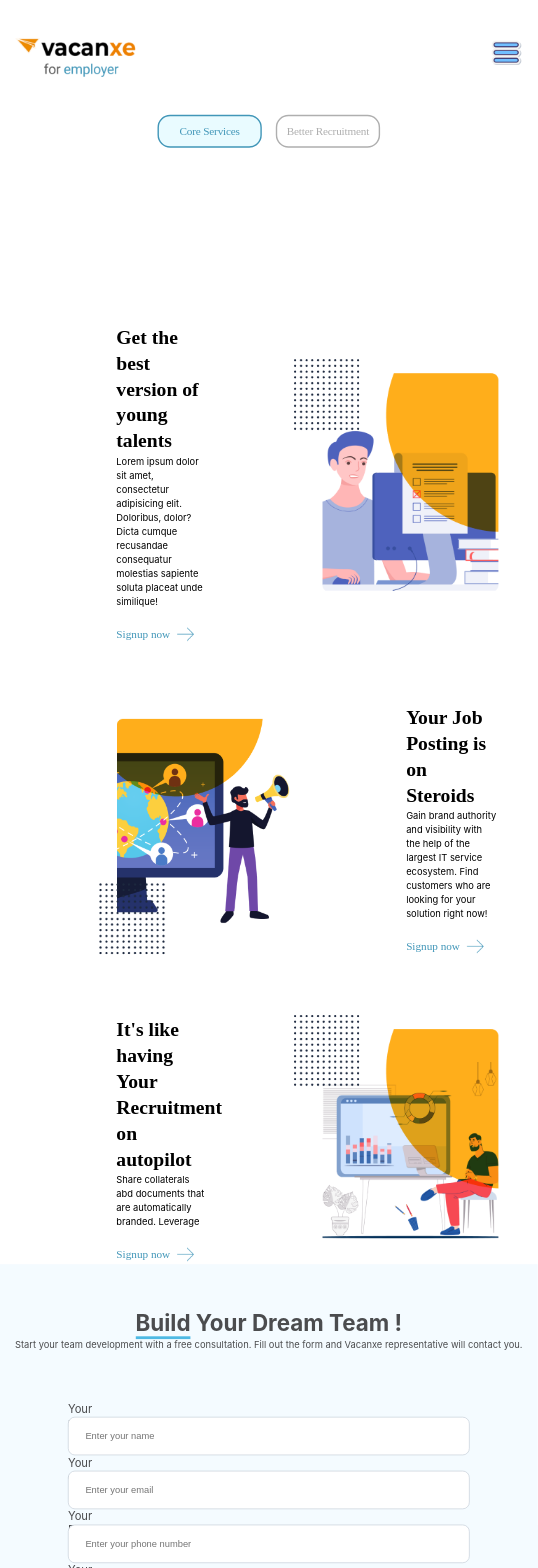
Repository: uh-sman/Vacanxe
Page: /
These files come from the project's save history. The page is drawn as it stood at one moment and after the next save; the edit follows.
The browser window is 768 px wide. The pictures show the part of the page from y = 0 to 2240 px (the page is 4066 px tall before and 5506 px after), at 70% of full size.
The project was rebuilt for these pictures with package versions that can differ from the ones it lists, and the page was loaded fresh each time.

Above is the page before, as saved 2022-12-03 19:23:16.

### src/App.js
import logo from "./logo.svg";
import "./App.css";
import Head from "./components/Head";

function App() {
  return (
    <div className="App">
      <Head />
    </div>
  );
}

export default App;

### src/App.css
* {
  margin: 0;
  padding: 0;
  box-sizing: border-box;
  list-style: none;
  text-decoration: none;
}
/* @keyframes App-logo-spin {
  from {
    transform: rotate(0deg);
  }
  to {
    transform: rotate(360deg);
  }
} */

### src/components/Head.js
import React from "react";
import { Body } from "./Body";
import { Footer } from "./Footer";
import { Navbar } from "./Navbar";
import { Team } from "./Team";

const Head = () => {
  return (
    <div>
      <Navbar />
      <Body />
      <Team />
      <Footer />
    </div>
  );
};

export default Head;

### src/components/Body.jsx
import React from "react";
import "./version.css";
import { Services } from "./Services";
import { Versions } from "./Versions";
export const Body = () => {
  return (
    <div>
      <Services />
      <div className="flex">
        <Versions />
      </div>
    </div>
  );
};

### src/components/Footer.jsx
import React from "react";
import logo from "../assets/logo 1.png";
import "./footer.css";
export const Footer = () => {
  return (
    <div>
      <div className="footer-section">
        <div className="image-logo">
          <img src={logo} />
        </div>
        <div className="footer-texts">
          <div className="div">
            <p className="text">
              Your ultimate email solution to grow business and engaging with
              future customers and clients.
            </p>
            <button className="button">Ask Question</button>
          </div>
          <div className="div">
            <ul>
              <h4>Community</h4>
              <li>For Talents</li>
              <li>For Companies</li>
              <li>Facebook Group</li>
              <li>FAQ</li>
            </ul>
          </div>
          <div className="div">
            <ul>
              <h4>About us</h4>
              <li>Meet the Team</li>
              <li>Our Story</li>
              <li>Career</li>
            </ul>
          </div>
          <div className="div">
            <ul>
              <h4>Contacts</h4>
              <p>
                Feel free to get in touch with us via phone or send us a message
              </p>
            </ul>
          </div>
        </div>
        <div className="div">
          <ul>
            <li className="copyright">
              &copy;Vacanxe 2022, All Rights Reserved
            </li>
            <li></li>
          </ul>
        </div>
      </div>
    </div>
  );
};

### src/components/Navbar.jsx
import React from "react";
import logo from "../assets/logo 1.png";
import { data } from "./data";
import { signin } from "./data";
import "./navbar.css";
import { SideNav } from "./SideNav";
export const Navbar = () => {
  return (
    <div>
      <nav>
        <div className="navbar-container">
          <div>
            <img src={logo} />
          </div>
          <div className="navbar-nav">
            <div className="nav-list">
              {data.map(({ id, title }) => {
                return (
                  <ul key={id}>
                    <li>{title}</li>
                  </ul>
                );
              })}
            </div>
            <div className="link">
              {signin.map(({ id, title }) => {
                return (
                  <a href="" key={id}>
                    {title}
                  </a>
                );
              })}
            </div>
          </div>
          <SideNav />
        </div>
        <div></div>
      </nav>
    </div>
  );
};

### src/components/Team.jsx
import React from "react";
import { ContactInfo } from "./ContactInfo";
import { Form } from "./Form";
import "./team.css";
export const Team = () => {
  return (
    <div>
      <div className="team-container">
        <div className="team">
          <div className="build">
            <div className="team-header">
              <h1>
                <span className="custom"> Build</span> Your Dream Team !
              </h1>
              <small className="small">
                Start your team development with a free consultation. Fill out
                the form and Vacanxe representative will contact you.
              </small>
            </div>
            <div className="flexed">
              {" "}
              <div>
                <Form />
              </div>
              <div>
                <ContactInfo />
              </div>
            </div>
          </div>
        </div>
      </div>
    </div>
  );
};
// ;

### src/components/version.css
.version-link {
  font-family: Poppins;
  font-size: 16px;
  font-weight: 500;
  line-height: 28px;
  letter-spacing: 0em;
  color: #4196b8;
  text-align: center;
}
.versions-container {
  margin-top: 80px;
}
.versions-section1 {
  /* display: grid; */
  /* place-items: center; */
  display: flex;
  gap: 162.58px;
  justify-content: center;
  align-items: center;
  margin-bottom: 80px;
  /* padding: 86px 50px; */

  /* grid-template-columns: 1fr 1fr; */
}
.versions-section2 {
  /* display: grid; */
  /* place-items: center; */
  display: flex;
  gap: 162.58px;
  justify-content: center;
  align-items: center;
  margin: auto;
  /* padding: 86px 50px; */

  /* grid-template-columns: 1fr 1fr; */
}
.versions-section1 {
  /* display: grid; */
  /* place-items: center; */
  display: flex;
  gap: 162.58px;
  justify-content: center;
  align-items: center;
  margin: auto;
  padding-top: 86px;
  padding-left: 110px;

  /* grid-template-columns: 1fr 1fr; */
}
.text-section {
  width: 20%;
}
.h2 {
  font-family: Poppins;
  font-size: 28px;
  font-weight: 700;
  line-height: 37px;
  letter-spacing: 0em;
  /* text-align: left; */
  /* width: 379px;
  height: 74px; */

  /* font-family: "Poppins";
  font-style: normal;
  font-weight: 700;
  font-size: 28px;
  line-height: 37px; */
}
.man {
  height: 313.4984436035156px;
  width: 251.41943359375px;
  /* left: 872.580078125px;
top: 830.1708984375px;
border-radius: [object Object]px; */
}
.flex {
  display: flex;
  gap: 36px;
}
/* .versions-container {
  display: flex;
  flex-direction: column;
  justify-content: center;
  align-items: center;
  margin: auto;
} */
.dotted {
  position: absolute;
  margin-top: -20px;
  margin-left: -40px;
}
.dotted-2 {
  position: absolute;
  margin-top: 235px;
  margin-left: -24px;
}
.arrow {
  margin-top: 24px;
  display: flex;
  align-items: center;
  gap: 10px;
}

### src/components/Services.jsx
import React from "react";
import "./services.css";
export const Services = () => {
  return (
    <div>
      <div>
        <ul className="services-button-section">
          <a className="btn-core">Core Services</a>
          <a className="btn-better">Better Recruitment</a>
        </ul>
      </div>
    </div>
  );
};

### src/components/Versions.jsx
import React from "react";
import "./version.css";
import man from "../assets/computer.png";
import img from "../assets/Group 1.png";
import img2 from "../assets/Group_4.png";
import arrow from "../assets/Group.png";
import dotted from "../assets/Dot Pattern 1.png";
export const Versions = () => {
  return (
    <div>
      <div className="versions-container">
        <div className="versions-section1">
          <div className="text-section">
            <h2 className="h2">Get the best version of young talents</h2>
            <small>
              Lorem ipsum dolor sit amet, consectetur adipisicing elit.
              Doloribus, dolor? Dicta cumque recusandae consequatur molestias
              sapiente soluta placeat unde similique!
            </small>
            <div className="arrow">
              <a className="version-link">Signup now </a>
              <img src={arrow} />
            </div>
          </div>
          <div>
            <img src={dotted} className="dotted" />
            <img src={man} className="man" />
          </div>
        </div>
        <div className="versions-section1">
          <div>
            <img src={dotted} className="dotted-2" />
            <img src={img} className="man" />
          </div>
          <div className="text-section">
            <h2 className="h2">Your Job Posting is on Steroids</h2>
            <small>
              Gain brand authority and visibility with the help of the largest
              IT service ecosystem. Find customers who are looking for your
              solution right now!
            </small>
            <div className="arrow">
              <a className="version-link">Signup now </a>
              <img src={arrow} />
            </div>
          </div>
        </div>
        <div className="versions-section1">
          <div className="text-section">
            <h2 className="h2">
              It's like having Your Recruitment on autopilot
            </h2>
            <small>
              Share collaterals abd documents that are automatically branded.
              Leverage
            </small>
            <div className="arrow">
              <a className="version-link">Signup now </a>
              <img src={arrow} />
            </div>
          </div>
          <div>
            <img src={dotted} className="dotted" />
            <img src={img2} className="man" />
          </div>
        </div>
      </div>
    </div>
  );
};

### src/components/footer.css
.footer-section {
  background: #1d293f;
  /* height: 533px; */
  /* width: 1600px; */
  /* left: 127px; */
  /* top: 0px;
  border-radius: 0px; */
}

.image-logo {
  position: absolute;
  /* top: 0; */
  margin-top: -120px;
  /* left: -2px; */
  /* display: flex;
  align-items: center;
  justify-content: center; */
  background-color: white;
  padding-top: 140px;
  padding-left: 30px;
  /* width: 25%; */
  /* height: 40%; */
  /* padding: 10px; */
  height: 255px;
  width: 255px;
  left: -30px;
  /* top: -105px; */
  border-radius: 0px;

  border-radius: 50%;
}
.button {
  border: none;
  margin-top: 28px;
  color: white;
  background: #00b6ff;
  padding: 10px 30px;
  border-radius: 10px;
}
.ultimate-email {
  color: white;
  position: absolute;
  margin-top: 180px;
  padding-left: 245px;
  /* height: 84px;
  left: 21.54%;
  right: 63.06%;
  top: calc(50% - 84px / 2 - 108.5px); */
}
.footer-texts {
  color: #ffff;
  display: grid;
  padding-top: 80px;
  padding-left: 50px;
  /* margin-left: 120px; */
  margin: 0px 80px;
  place-items: center;
  /* margin-right: 40px; */
  margin-top: 180px;
  grid-template-columns: 1fr 1fr 1fr 1fr;
  padding-bottom: 124px;
  border-bottom: 1px solid #8c97ac;
}
.footer-texts h4 {
  color: #8c97ac;
  margin-bottom: 16px;
}
/* .ultimate-email p {
  width: 40%;
} */
.text {
  margin-top: 100px;
  color: #8c97ac;
}
.copyright {
  color: #8c97ac;
  padding: 10px 90px;
}
@media only screen and (min-width: 650px) and (max-width: 1200px) {
  .footer-texts {
    padding-top: 150px;
    grid-template-columns: 1fr 1fr;
    text-align: center;
  }
  .text {
    margin-top: 0px;
  }
  .div {
    margin-bottom: 40px;
  }
}
@media only screen and (max-width: 650px) {
  .footer-texts {
    padding-left: 0px;
    padding-top: 180px;
    grid-template-columns: 1fr;
    text-align: center;
  }
  .text {
    margin-top: 0px;
  }
  .div {
    margin-bottom: 40px;
  }
}

### src/components/data.js
export const data = [
  {
    id: 1,
    title: "Post jobs",
  },
  {
    id: 2,
    title: "Programs",
  },
  {
    id: 3,
    title: "Services",
  },
  {
    id: 4,
    title: "Pricing",
  },
];

export const signin = [
  {
    id: 1,
    title: "SignIn",
  },
  {
    id: 2,
    title: "SignOut",
  },
];

### src/components/navbar.css
.navbar-container {
  display: flex;
  justify-content: space-between;
  margin: 50px 20px;
}
.nav-list {
  display: flex;
  gap: 30px;
}
.navbar-nav {
  display: flex;
  gap: 30px;
}
.nav-list ul li {
  height: 43px;
  width: 83px;
  left: 770px;
  top: 36px;
  /* border-radius: nullpx; */
}
.link {
  /* margin-right: 80px; */
  display: flex;
  gap: 10px;
}
.link a {
  color: #4196b8;
  height: 31px;
  width: 111px;
  left: 1221px;
  top: 47px;
  /* border-radius: nullpx; */
}
.burger-img {
  width: 50px;
}
@media only screen and (max-width: 1200px) {
  .navbar-nav {
    display: none;
  }
  .sidebar-container {
    /* display: inline-block; */
    /* margin: 0 0.5rem; */
    /* animation: slideInRight 2s; */
    /* animation-duration: 2s; */
    border-top-left-radius: 10px;
    border-bottom-left-radius: 10px;
    height: 100%;
    width: 60%;
    top: 0px;
    right: 0px;
    background-color: #222222;
    position: fixed;
  }
}

### src/components/SideNav.jsx
import React, { useState } from "react";
import "./navbar.css";
import burger from "../assets/burger-menu.png";
import { data } from "./data";
export const SideNav = () => {
  const [open, setOpen] = useState(false);
  return (
    <div>
      {open ? (
        data.map(({ title, id }) => {
          return (
            <div key={id} className="sidebar-container">
              <ul>
                {/* <h1></h1> */}
                <li>{title}</li>
              </ul>
            </div>
          );
        })
      ) : (
        <img
          src={burger}
          className="burger-img"
          onClick={(e) => setOpen(!open)}
        />
      )}
    </div>
  );
};

### src/components/ContactInfo.jsx
import React from "react";
import "./contact.css";
import location from "../assets/Location.png";
import message from "../assets/Message.png";
import twitter from "../assets/twitter.png";
import facebook from "../assets/facebook.png";
import instagram from "../assets/instagram.png";
import linkedin from "../assets/linkedin.png";
import stroke from "../assets/Stroke 5.png";
export const ContactInfo = () => {
  return (
    <div>
      <div className="contact-container">
        <h1 className="header-text">Contact info:</h1>
        <div className="contact-section">
          <div>
            <p className="contact">
              <img src={location} /> 4157 Washington Ave. Manchester, Kentucky
              39495
            </p>
          </div>
          <div>
            <ul className="contact-list">
              <div>
                <img src={stroke} />
              </div>
              <div>
                <li>(505) 555-0119</li>
                <li>(505) 555-0120</li>
                <li>(505) 555-0125</li>
              </div>
            </ul>
          </div>
          <div>
            <p className="contact">
              <img src={message} /> Consult@Vacanxe.com
            </p>
          </div>
          <div>
            <h2>Follow us:</h2>
            <div className="socials">
              <img src={facebook} />
              <img src={twitter} />
              <img src={linkedin} />
              <img src={instagram} />
            </div>
          </div>
        </div>
      </div>
    </div>
  );
};

### src/components/Form.jsx
import React from "react";
import { ContactInfo } from "./ContactInfo";
import "./form.css";
export const Form = () => {
  return (
    <div>
      <div className="team-section">
        <div>
          <form className="form-container">
            <div className="form">
              <label>Your name</label>
              <input className="input-field" placeholder="Enter your name" />
            </div>
            <div className="form">
              <label>Your email</label>
              <input className="input-field" placeholder="Enter your email" />
            </div>
            <div className="form">
              <label>Your Phone Number</label>
              <input
                className="input-field"
                placeholder="Enter your phone number"
              />
            </div>
            <div className="form">
              <label>Your Company Name</label>
              <input
                className="input-field"
                placeholder="Enter your Company Name"
              />
            </div>
            <div className="form">
              <label>Message</label>
              <input className="message" placeholder="Type here..." />
            </div>
            <button className="form-button">Consult with us</button>
          </form>
        </div>
      </div>
    </div>
  );
};

### src/components/team.css
.team-container {
  background: #f4fbff;
  /* height: 1101px; */
  /* width: 1539px; */
  /* left: -14px;
top: 2142px; */
  border-radius: 0px;
}
.custom {
  border-bottom: 4px solid #4eb9e3;
}
.build {
  color: #4b4c4e;
}
.flexed {
  margin: 73px 0px;
  display: flex;
  gap: 98px;
}
.team {
  display: flex;
  justify-content: center;
  padding: 64px 0px;
}
/* .small {
  padding-bottom: 73px;
} */
@media only screen and (max-width: 950px) {
  .flexed {
    flex-direction: column;
  }
  .team-header {
    text-align: center;
  }
}

### src/components/services.css
.services-button-section {
  display: flex;
  gap: 20px;
  justify-content: center;
  margin-bottom: 86px;
}
.btn-core {
  font-family: Poppins;
  font-size: 16px;
  font-weight: 500;
  line-height: 24px;
  letter-spacing: -0.015em;
  text-align: center;
  border: 2px solid #4196b8;
  height: 47px;
  width: 149px;
  display: flex;
  align-items: center;
  justify-content: center;
  border-radius: 18px;
  background-color: #e9fbff;
  color: #4196b8;
}
.btn-better {
  font-family: Poppins;
  font-size: 16px;
  font-weight: 500;
  line-height: 24px;
  letter-spacing: -0.015em;
  text-align: center;
  border: 2px solid #afafaf;
  height: 47px;
  width: 149px;
  display: flex;
  align-items: center;
  justify-content: center;
  border-radius: 18px;
  background-color: #ededed 10%;
  color: #afafaf;
}

### src/components/contact.css
.header-text {
  /* height: 28px;
  width: 132px;
  left: 931px;
  top: 2435px;
  border-radius: nullpx; */
}
.contact {
  display: flex;
  align-items: center;
  gap: 20px;
}
.contact-section {
  display: flex;
  flex-direction: column;
  gap: 40px;
  margin: 30px 0px;
}
.contact-list {
  display: flex;
  gap: 20px;
}
.socials {
  margin-top: 16px;
  display: flex;
  gap: 10px;
}
@media only screen and (max-width: 750px) {
  .contact-container {
    padding: 0px 30px;
  }
}

### src/components/form.css
.form {
  display: flex;
  flex-direction: column;
}
.form label {
  height: 22px;
  width: 78px;
  left: 263px;
  top: 2409px;
  border-radius: nullpx;
}
.input-field {
  padding: 0px 24px;
  height: 55px;
  width: 574px;
  left: 259px;
  top: 2536px;
  border-radius: 10px;
  border: 1px solid #c8d0da;
  outline: transparent;
}
.message {
  padding: 0px 24px;
  height: 203px;
  width: 574px;
  left: 259px;
  /* top: 2839px; */
  border: 1px solid #c8d0da;
  border-radius: 10px;
  outline: transparent;
}
.form-button {
  font-family: Rubik;
  font-size: 14px;
  font-weight: 700;
  line-height: 16px;
  /* letter-spacing: 0em; */
  /* text-align: left; */

  margin-top: 19px;
  border: none;
  color: white;
  background-color: #4eb9e3;
  height: 40px;
  width: 215px;
  left: 257px;
  top: 3061px;
  border-radius: 8px;
  padding: 12px 24px 12px 24px;
}
.form-container {
  display: flex;
  flex-direction: column;
  align-items: center;
  justify-content: center;
}
/* .team-section {
  display: flex;
  justify-content: center;
  align-items: center;
} */

@media only screen and (min-width: 200px) and (max-width: 600px) {
  .input-field {
    width: 350px;
  }
  .message {
    width: 350px;
  }
}

Loaded but not shown: public/index.html (common file); src/index.js (common file); src/index.css (common file); src/reportWebVitals.js (common file)

After the next save:
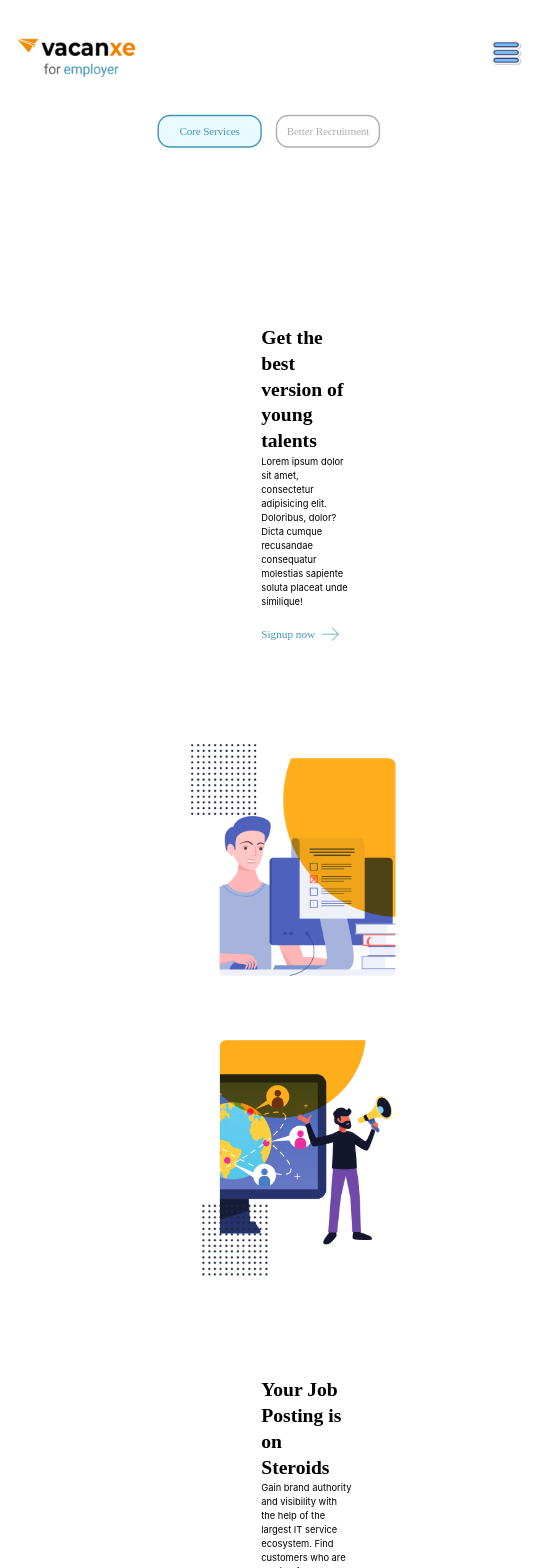
Saved 101 s later.
--- a/src/components/version.css
+++ b/src/components/version.css
@@ -100,3 +100,8 @@ border-radius: [object Object]px; */
   align-items: center;
   gap: 10px;
 }
+@media only screen and (max-width: 950px) {
+  .versions-section1 {
+    flex-direction: column;
+  }
+}
